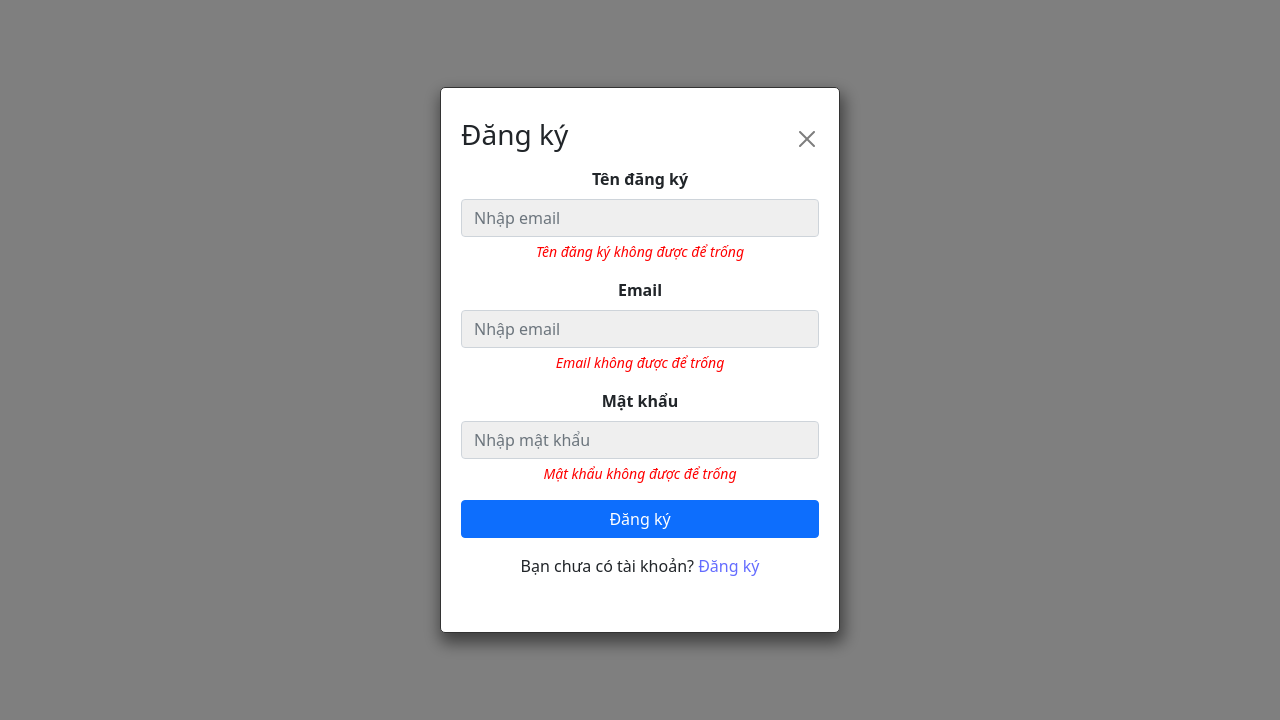
Repository: TinhTT336/MD02_Session12
Page: / (app in client/)
These files come from the project's save history. The page is drawn as it stood at one moment and after the next save; the edit follows.
The browser window is 1280 px wide. The pictures show the whole page.
The project was rebuilt for these pictures with package versions that can differ from the ones it lists, and the page was loaded fresh each time. Also part of the build but not shown: client/vite.config.js, client/src/utils/formatData.js, client/src/components/admin/manager-product/FormAdd.jsx, client/src/components/admin/manager-product/FormEdit.jsx, client/src/pages/product/ListProduct.jsx, client/src/components/admin/manager-user/FormAddUser.jsx, client/src/components/admin/manager-user/FormEditUser.jsx, client/src/components/base/loading.css and 4 more.

Above is the page before, as saved 2023-09-12 15:22:24.

After the next save:
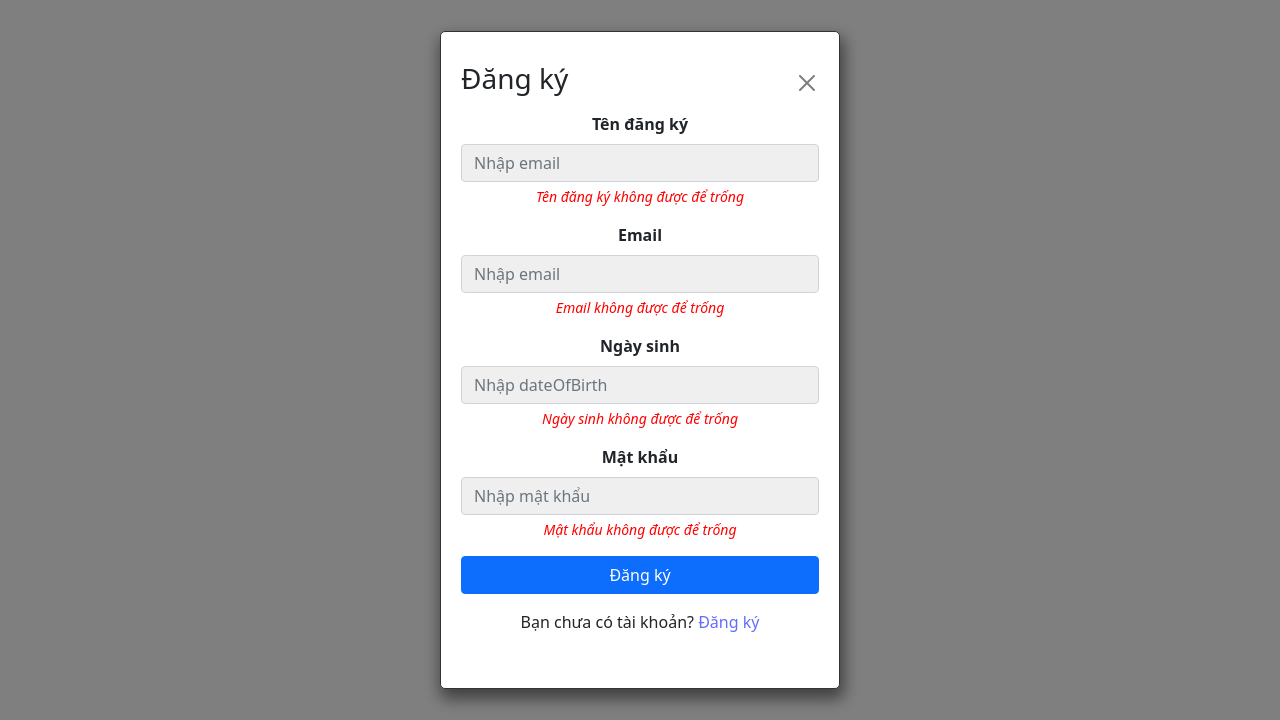
Saved 2 min 9 s later.
--- a/client/src/pages/user/register/Register.jsx
+++ b/client/src/pages/user/register/Register.jsx
@@ -20,6 +20,11 @@ export default function Register() {
                         <div className='text-err mt-1 border-err'>Email không được để trống</div>
                     </div>
                     <div className='form-group mb-3'>
+                        <label className='form-label' htmlFor="dateOfBirth">Ngày sinh</label>
+                        <input className='form-control' type="text" name="dateOfBirth" id="dateOfBirth" placeholder='Nhập dateOfBirth' />
+                        <div className='text-err mt-1 border-err'>Ngày sinh không được để trống</div>
+                    </div>
+                    <div className='form-group mb-3'>
                         <label className='form-label' htmlFor="password">Mật khẩu</label>
                         <input className='form-control' type="password" name="password" id="password" placeholder='Nhập mật khẩu' />
                         <div className='text-err mt-1 border-err'>Mật khẩu không được để trống</div>
